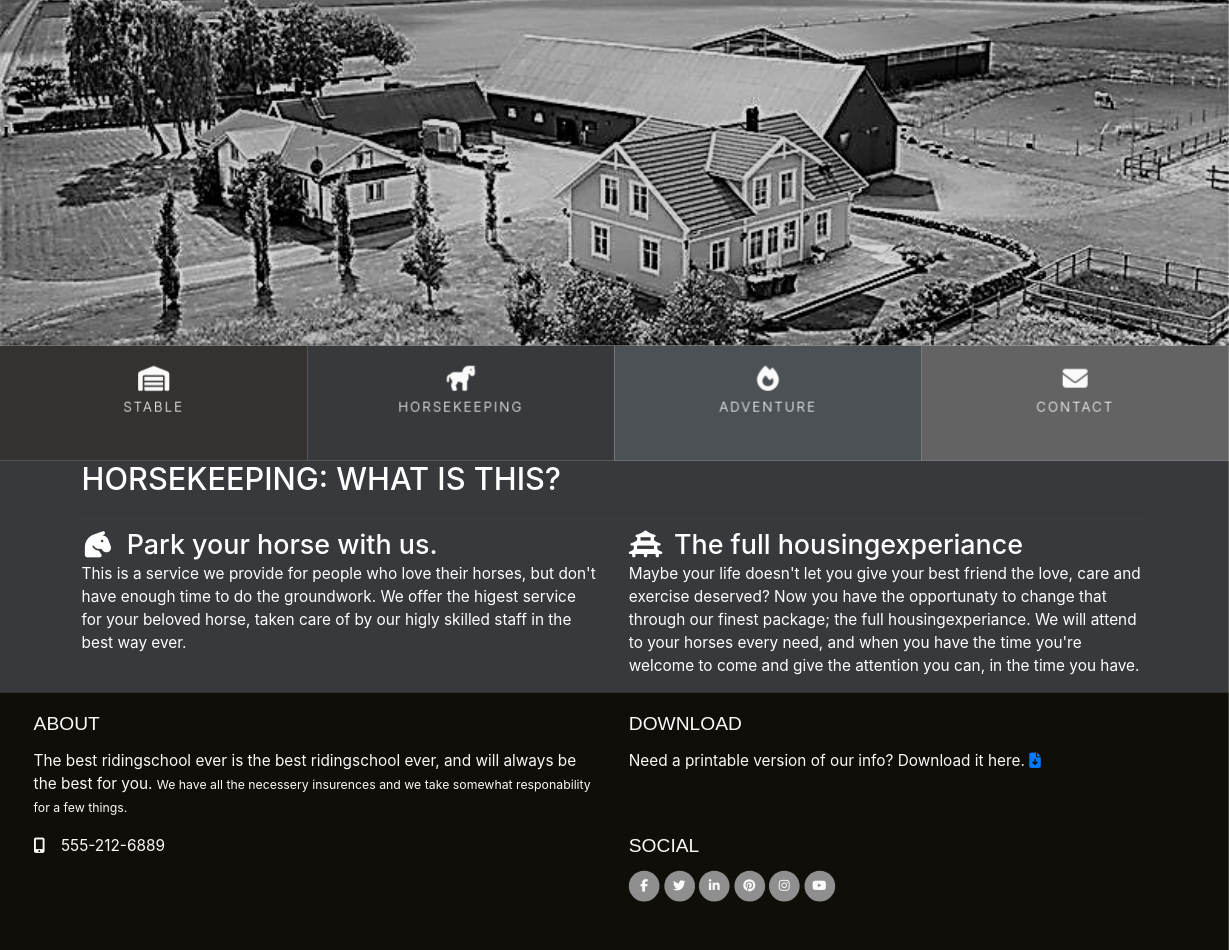
Repository: Jadehammar/frontendmilestone
Page: horsekeeping.html
The author's editor kept a record of every edit. The page is drawn from the files as they stood at one moment, then again after the next edit.
The browser window is 1280 px wide. The pictures show the whole page, at 96% of full size.
Backgrounds fixed to the window are drawn as part of the page. Some web libraries are served in a nearby version.

Above is the page before.

### horsekeeping.html
<!DOCTYPE html>
<html lang="en">

<head>
    <meta charset="UTF-8">
    <meta name="viewport" content="width=device-width, initial-scale=1.0">
    <meta http-equiv="X-UA-Compatible" content="ie=edge">
    <link rel="stylesheet" href="https://stackpath.bootstrapcdn.com/font-awesome/4.7.0/css/font-awesome.min.css" type="text/css" />
    <link rel="stylesheet" href="https://cdnjs.cloudflare.com/ajax/libs/hover.css/2.3.1/css/hover-min.css" type="text/css" />
    <link rel="stylesheet" href="https://stackpath.bootstrapcdn.com/bootstrap/4.3.1/css/bootstrap.min.css" type="text/css" />
    <link rel="stylesheet" href="assets/css/style.css" type="text/css" />
    <title>Ridingschool, Horsekeeping</title>
</head>

<body>
    <header>
        <div class="row no-gutters">
            <a href="horsekeeping.html" class="col-12 logo"></a>
            <div class="col-md-12">
                <div class="row no-gutters">
                    <div class="col">
                        <ul id="nav" class="list-inline menucontainer">
                            <li class="col-6 col-sm-3 ui-menue-color-home list-inline-item menueitem">
                                <a href="stable.html" class="hvr-bounce-to-bottom"><i class="fa fa-warehouse" aria-hidden="true"></i><span>Stable</span></a>
                            </li>
                            <li class="col-6 col-sm-3 ui-menue-color-resume list-inline-item menueitem">
                                <a href="horsekeeping.html" class="hvr-bounce-to-bottom"><i class="fa fa-horse" aria-hidden="true"></i><span>Horsekeeping</span></a>
                            </li>
                            <li class="col-6 col-sm-3 ui-menue-color-contact list-inline-item menueitem">
                                <a href="adventure.html" class="hvr-bounce-to-bottom"><i class="fa fa-fire" aria-hidden="true"></i><span>Adventure</span></a>
                            </li>
                            <li class="col-6 col-sm-3 ui-menue-color-download list-inline-item menueitem">
                                <a href="contact.html" class="hvr-bounce-to-bottom"><i class="fa fa-envelope" aria-hidden="true"></i><span>contact</span></a>
                            </li>

                        </ul>
                    </div>
                </div>
            </div>
        </div>
    </header>
    <div class="container-wrapper">
        <div class="container features-container content-container">
            <section class="features">
                <div class="row">
                    <div class="col-12 page-header">
                        <h2 class="text-uppercase">Horsekeeping: What is this?</h2>
                        <hr class="block-divider block-divider--short block-divider--white">
                    </div>
                </div>
                <div class="row">
                    <div class="col-12 col-md-6">
                        <div class="feature">
                            <h3><i class="fas fa-horse-head" style="padding-right: 12px;">
                            </i>Park your horse with us.</h3>
                            <p>This is a service we provide for people who love their horses, but don't have enough time to do the groundwork. We offer the higest service for your beloved horse, taken care of by our higly skilled staff in the best way ever.</p>
                        </div>
                    </div>
                    <div class="col-12 col-md-6">
                        <div class="feature">
                            <h3><i class="fas fa-vihara" style="padding-right: 12px;">
                            </i>The full housingexperiance</h3>
                            <p>Maybe your life doesn't let you give your best friend the love, care and exercise deserved? Now you have the opportunaty to change that through our finest package; the full housingexperiance. We will attend to your horses every
                                need, and when you have the time you're welcome to come and give the attention you can, in the time you have.</p>
                        </div>
                    </div>
                </div>
            </section>
        </div>
    </div>
    <footer class="container-fluid">
        <div id="footer-details" class="row">
            <div class="col-sm-6">
                <h5 class="uppercase general-sub">About</h5>
                <p class="inline-block">
                    The best ridingschool ever is the best ridingschool ever, and will always be the best for you.
                    <small>We have all the necessery insurences and we take somewhat responability for a few things.</small>
                </p>
            </div>
            <div class="col-sm-6">
                <h5 class="uppercase general-sub">Download</h5>
                <p class="inline-block">
                    Need a printable version of our info? Download it here.
                    <a href="assets/info.pdf" taraget="_blank" class="info-pdf">
                        <i class="fas fa-file-download" aria-hidden="true"></i>
                        <span class="sr-only">Download link.</span>
                    </a>
                </p>
            </div>
            <div class="col-sm-6">
                <i class="fa fa-mobile" aria-hidden="true" style="padding-right: 12px;"></i>
                <p class="inline-block"> 555-212-6889
                    <span class="sr-only">Phone.</span>
                    </a>
                </p>
            </div>
           <div class="col-sm-4">
                <h5 class="uppercase general-sub">social</h5>
                <ul class="list-inline social-links">
                    <li class="list-inline-item">
                        <a target="_blank" href="#">
                            <i class="fab fa-facebook-f" aria-hidden="true"></i>
                            <span class="sr-only">Facebook</span>
                        </a>
                    </li>
                    <li class="list-inline-item">
                        <a target="_blank" href="#">
                            <i class="fab fa-twitter" aria-hidden="true"></i>
                            <span class="sr-only">Twitter</span>
                        </a>
                    </li>
                    <li class="list-inline-item">
                        <a target="_blank" href="#">
                            <i class="fab fa-linkedin-in" aria-hidden="true"></i>
                            <span class="sr-only">LinkedIn</span>
                        </a>
                    </li>
                    <li class="list-inline-item">
                        <a target="_blank" href="#">
                            <i class="fab fa-pinterest" aria-hidden="true"></i>
                            <span class="sr-only">Pinterest</span>
                        </a>
                    </li>
                    <li class="list-inline-item">
                        <a target="_blank" href="#">
                            <i class="fab fa-instagram" aria-hidden="true"></i>
                            <span class="sr-only">Instagram</span>
                        </a>
                    </li>
                    <li class="list-inline-item">
                        <a target="_blank" href="#">
                            <i class="fab fa-youtube" aria-hidden="true"></i>
                            <span class="sr-only">YouTube</span>
                        </a>
                    </li>
                </ul>
            </div>
        </div>
    </footer>
    <script src="https://kit.fontawesome.com/d636ceede3.js"></script>
</body>

</html>

### assets/css/style.css
@import url('https://fonts.googleapis.com/css?family=Roboto:100,200,300,400,500,600,700│exo:100,200,300,400,500,600,700');

/*---------------------------------------------color-------------------------------------*/

.container-wrapper {
    background-color: #38393c;
    color: white;
}

.container-wrapper--red {
    background-color: #4b5154;
    color: white;
}

.feature {
    color: #fff;
}

.bg-color-name-title {
    background-color: #676767;
}

.bg-color-three-reasons {
    background-color: #333230;
    color: #fff;
    font-weight: 100;
}

.bg-color-personal-info {
    background-color: #f4f4f4;
}

.ui-menue-color-home {
    background-color: #333230;

}

.ui-menue-color-resume {
    background-color: #38393c;

}

.ui-menue-color-contact {
    background-color: #4b5154;

}

.ui-menue-color-download {
    background-color: #4e4e4ee0;

}

.bg-color-work-history {
    background-color: #646464;
}

.bg-color-contact {
    background-color: #646464;

}

/*---------------------------------------------Special padding/margins/text-------------------------------------*/

h1,
h2,
h3,
h4,
h5 {
    margin: 0;
}

.uppercase {
    text-transform: uppercase;
    color: #fff;
}

.general-sub {
    font-family: "Exo", sans-serif;
    font-weight: 200;
    color: #fafafa;
    padding-bottom: 15px;
}

.inline-block {
    display: inline-block;
}

.row-table {
    display: table;
}

.section-column {
    display: table-cell;
    padding: 0 30px 30px;
    float: none;
}

.history-heading,
.section-heading {
    font-family: "Exo", sans-serif;
    font-weight: 200;
    margin-bottom: 40px;
    margin-top: 25px;
}

/*---------------------------------------------Heading-------------------------------------*/

header {
    margin: 0;
}

.heading {
    margin-left: 50px;

}

.logo-stable {
    background: url("../images/gård på avstånd.jpg");
    background-position: center;
    background-repeat: no-repeat;
    background-size: cover;
    min-height: 360px;
    transition: all .75s ease-in-out;
    -moz-transition: all .75s ease-in-out;
    -webkit-transition: all .75s ease-in-out;
    -o-transition: all .75s ease-in-out;
}

.logo {
    background: url("../images/Varberg-intro-800x418_bw.jpg.jpg") no-repeat bottom right fixed;
    background-position: center;
    background-repeat: no-repeat;
    background-size: cover;
    min-height: 360px;
    transition: all .75s ease-in-out;
    -moz-transition: all .75s ease-in-out;
    -webkit-transition: all .75s ease-in-out;
    -o-transition: all .75s ease-in-out;
}

.name {
    font-family: "Exo" sans-serif;
    font-weight: 100;
    font-size: 46px;
    margin-top: 50px;
    color: #fff;
}

.title {
    font-family: "Roboto" sans-serif;
    font-weight: 200;
    font-size: 28px;
    margin-top: 20px;
    margin-bottom: 90px;
    color: #fff;
}

.list-inline-item:not(:last-child) {
    margin: 0;
}

.menucontainer {
    font-size: 0;
}

#nav li {
    font-size: 14px;
    padding: 0;
}

#nav {
    margin: 0;
}

.menueitem {
    height: 120px;
    text-align: center;
    padding: 0;
}

.menueitem a {
    width: 100%;
    text-decoration: none;
    color: #fff;
    height: 120px;
}

.menueitem a i {
    padding-top: 22px;
    display: block;
    color: #fafafa;
    font-size: 26px;
}

.menueitem span {
    display: block;
    width: 100%;
    padding-top: 5px;
    text-align: center;
    text-transform: uppercase;
    font-size: 14px;
    font-weight: 300;
    letter-spacing: 2px;
}


/*---------------------------------------------Hover.css-------------------------------------*/

.hvr-bounce-to-bottom:before {
    background: rgba(0, 0, 0, 0.2);
    height: 120px;
}

/*---------------------------------------------Footer-------------------------------------*/

footer {
    background-color: #100e08;
    color: #fafafa;
    min-height: 120px;
    margin: 0;
}

.cv-info i {
    font-size: 18px;
    color: #fff;
    text-align: center;
    padding-left: 5px;
    transition: all 0.35s ease-in-out;
    -moz-transition: all 0.35s ease-in-out;
    -webkit-transition: all 0.35s ease-in-out;
    -o-transition: all 0.35 ease-in-out;
}

.cv-info i:hover {
    color: #29ca4d;
    font-size: 19px;
}

.social-links {
    padding-bottom: 15px;
}


.social-links li a i {
    width: 32px;
    height: 32px;
    padding: 12px 0;
    border-radius: 50%;
    font-size: 13px;
    line-height: 7px;
    text-align: center;
    color: #fafafa;
    background: #8f8f8f;
    transition: all 0.35s ease-in-out;
    -moz-transition: all 0.35s ease-in-out;
    -webkit-transition: all 0.35s ease-in-out;
    -o-transition: all 0.35 ease-in-out;
}

.social-links li a i:hover {
    background: #e84610;
}

#footer-details {
    padding: 20px;
}

/*---------------------------------------------Three reasons-------------------------------------*/

.three-reasons-icon {
    font-size: 26px;
    color: #e67e22;
}

.three-reasons-heading {
    margin-bottom: 15px;
}

/*---------------------------------------------Personal info-------------------------------------*/

.personal-info-item {
    margin-bottom: 20px;
    display: block;
    clear: both;

}

.personal-info-item .key,
.personal-info-item .value {
    padding-right: 8px;
    display: inline-block;
}

.personal-info-item .key p,
.personal-info-item .value p {
    margin: 0;
}

.personal-info-item .key {
    width: 30%;
    margin-right: 21px;
    padding-top: 2px;
    vertical-align: top;

}

.personal-info-item .key p {
    font-weight: 700;
}

.personal-info-item .value {
    position: relative;
    width: 60%;

}

/*---------------------------------------------Contact-form-------------------------------------*/

.contact-heading {
    font-family: "Exo", sans-serif;
    font-weight: 300;
    margin-top: 25px;
    margin-bottom: 20px;
    color: #fff;
}

.center-form {
    padding-top: 10px;
    margin: 0 auto;
    max-width: 70%;
}

button [type="submit"] {
    margin: 20px 20px 20px 20px;
    background-color: #e84610;
}

.btn-secondary {
    margin: 20px;
    background-color: #363a3e;
    border-color: #6a6a6b;
}


/*---------------------------------------------Media-query-------------------------------------*/

@media(min-width: 992px) {
    .center-form {
        padding-top: 30px;
        min-height: 240;
        margin: 0 auto;
        max-width: 50%;
    }
}

After the next edit:
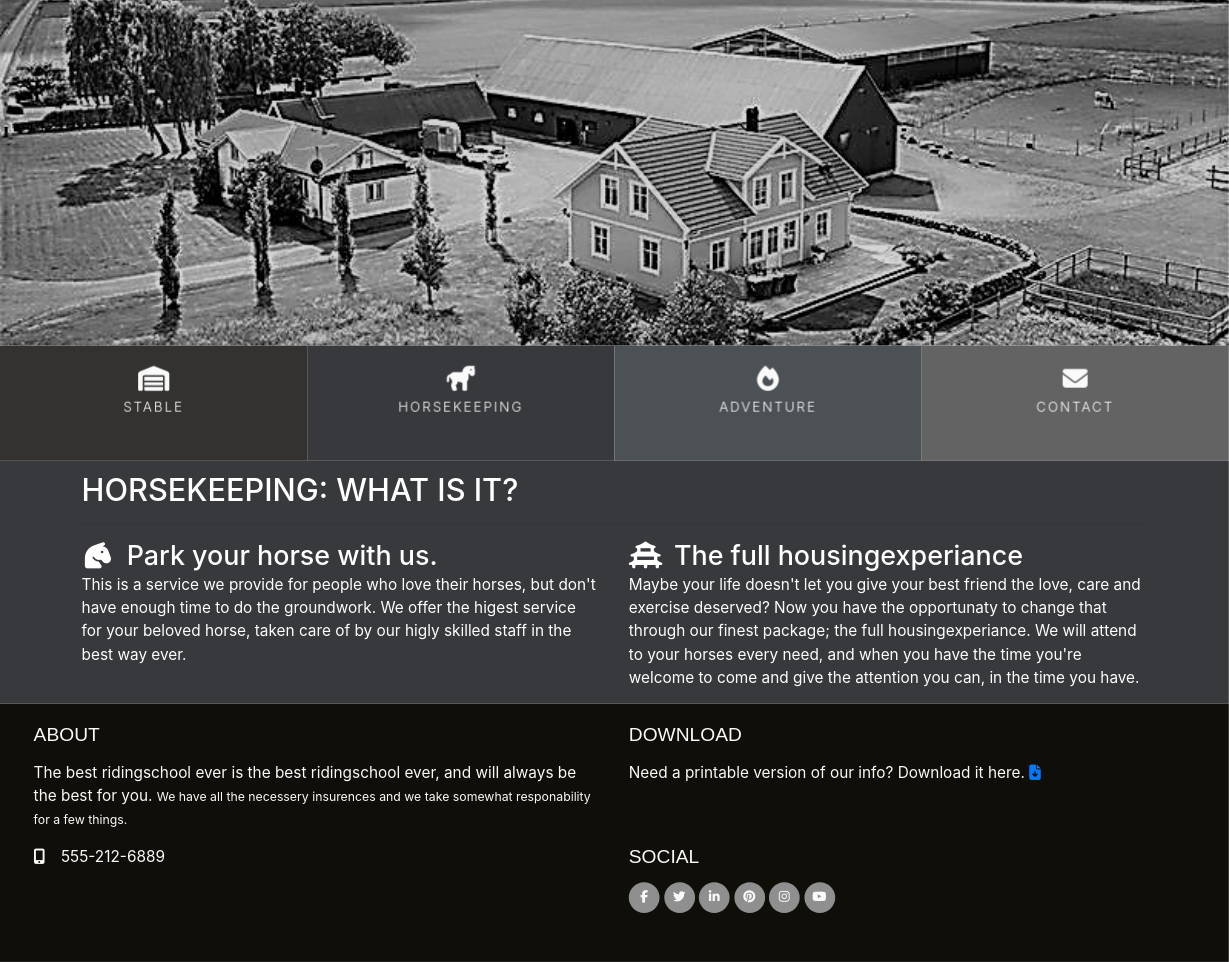
The edit:
--- a/horsekeeping.html
+++ b/horsekeeping.html
@@ -44,7 +44,7 @@
             <section class="features">
                 <div class="row">
                     <div class="col-12 page-header">
-                        <h2 class="text-uppercase">Horsekeeping: What is this?</h2>
+                        <h2 class="text-uppercase" style="padding-top: 12px;">Horsekeeping: What is it?</h2>
                         <hr class="block-divider block-divider--short block-divider--white">
                     </div>
                 </div>
